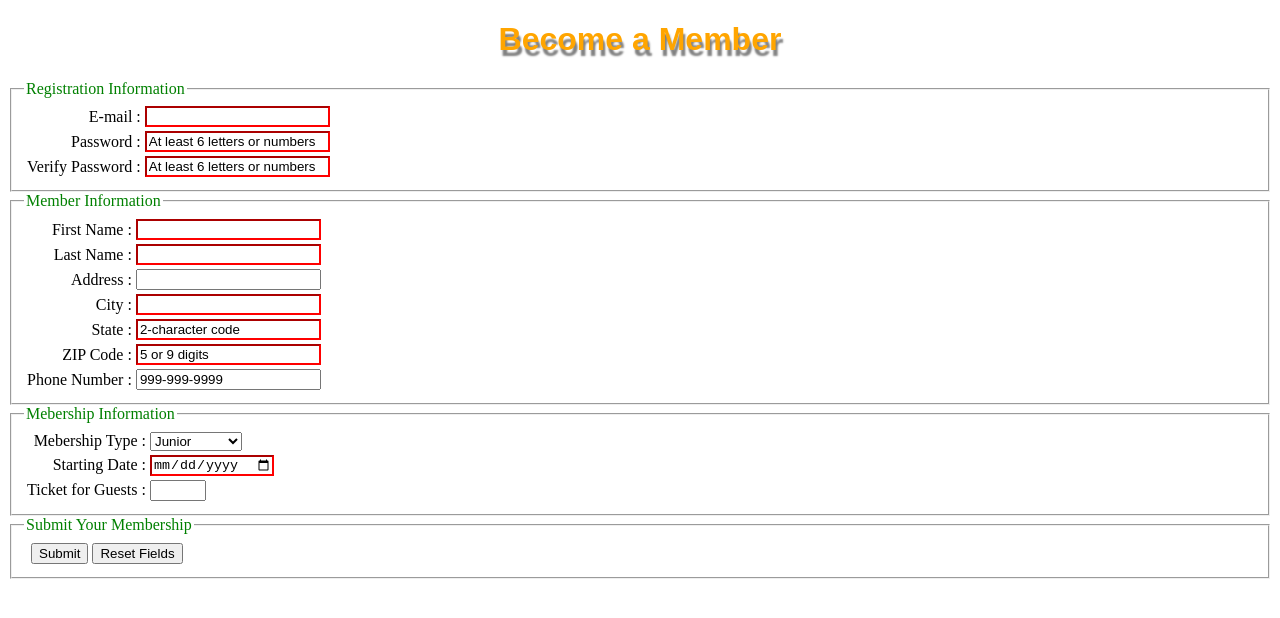
Repository: kjungyoun/Web_Study_2021
Page: homework_front/WebContent/0302/0302.html
The author's editor kept a copy of each file at every save. The page is drawn from the files as they stood at one save, then again after the next save.
The browser window is 1280 px wide. The pictures show the whole page.
Some web fonts or font styles are not loaded; a fallback is used.

Above is the page before, as saved 2021-03-02 12:28:10.

### homework_front/WebContent/0302/0302.html
<!DOCTYPE html>
<html>
<head>
<meta charset="UTF-8">
<title>Become a Member</title>
<style type="text/css">
	fieldset {
	color: green
}
	table {
	color : black
	}
	h1 {
	font-family: "Arial Black", sans-serif;
	color:orange;
	text-shadow: 2px 6px 2px gray;
	}
</style>
</head>
<body>
<header>
	<h1 align="center">
		Become a Member
	</h1>
</header>
<form action="index.html">
	<fieldset>
		<legend>Registration Information</legend>
		<table>
			<tbody>
				<tr>
					<td align="right">
						<label for="userid">E-mail : </label>
					</td>
					<td align="left">
						<input type="email" id="email" name="email" style="border-color: red">
					</td>
				</tr>
				<tr>
					<td align="right">
					<label for="password">Password : </label>
					</td>
					<td align="left">
						<input type="text" id="psw" name="psw" value="At least 6 letters or numbers" style="border-color:red">
					</td>
				</tr>
				<tr>
					<td align="right">
						<label for="vpassword">Verify Password : </label>
					</td>
					<td align="left">
						<input type="text" id="vpwd" name="vpwd" value="At least 6 letters or numbers" style="border-color:red">
					</td>
				</tr>
			</tbody>
		</table>
	</fieldset>
	<fieldset>
		<legend>Member Information</legend>
		<table >
			<tbody>
				<tr>
					<td align="right">
						<label for="fname">First Name : </label>
					</td>
					<td align="left">
						<input type="text" id="fname" name="fname" style="border-color:red">
					</td>
				</tr>
				<tr>
					<td align="right">
					<label for="lname">Last Name : </label>
					</td>
					<td align="left">
						<input type="text" id="lname" name="lname" style="border-color:red">
					</td>
				</tr>
				<tr>
					<td align="right">
						<label for="address">Address : </label>
					</td>
					<td align="left">
						<input type="text" id="addr" name="addr">
					</td>
				</tr>
				<tr>
					<td align="right">
						<label for="city">City : </label>
					</td>
					<td align="left">
						<input type="text" id="city" name="city" style="border-color:red">
					</td>
				</tr>
				<tr>
					<td align="right">
						<label for="state">State : </label>
					</td>
					<td align="left">
						<input type="text" id="state" name="state" value="2-character code" style="border-color:red">
					</td>
				</tr>
				<tr>
					<td align="right">
						<label for="zip">ZIP Code : </label>
					</td>
					<td align="left">
						<input type="text" id="addr" name="addr" value="5 or 9 digits" style="border-color:red">
					</td>
				</tr>
				<tr>
					<td align="right">
						<label for="phone">Phone Number : </label>
					</td>
					<td align="left">
						<input type="tel" id="phone" name="phone" value="999-999-9999">
					</td>
				</tr>
			</tbody>
		</table>
	</fieldset>
	<fieldset>
		<legend>Mebership Information</legend>
		<table>
			<tr>
				<td align="right">
					<label for="type">Mebership Type : </label>
				</td>
				<td align="left">
					<select name="type" >
						<optgroup label="membership" >
							<option>Junior</option>
							<option>Senior</option>
							<option>Semi Pro</option>
							<option>Pro</option>
							<option>VIP</option>
						</optgroup>
					</select>
				</td>
			</tr>
			<tr>
				<td align="right">
					<label for="date">Starting Date : </label>
				</td>
				<td align="left">
					<input type="date" name="date" style="border-color:red">
				</td>
			</tr>
			<tr>
				<td align="right">
					<label for="guest">Ticket for Guests : </label>
				</td>
				<td align="left">
					<input type="number" min="0" max="30" name="guest">
				</td>
			</tr>
		</table>
	</fieldset>
	<fieldset>
		<legend>Submit Your Membership</legend>
		<table>
			<tr>
				<td></td>
				<td>
					<button type="submit">Submit</button>
					<button type="reset">Reset Fields</button>
				</td>
			</tr>
		</table>
	</fieldset>
</form>
</body>
</html>

After the next save:
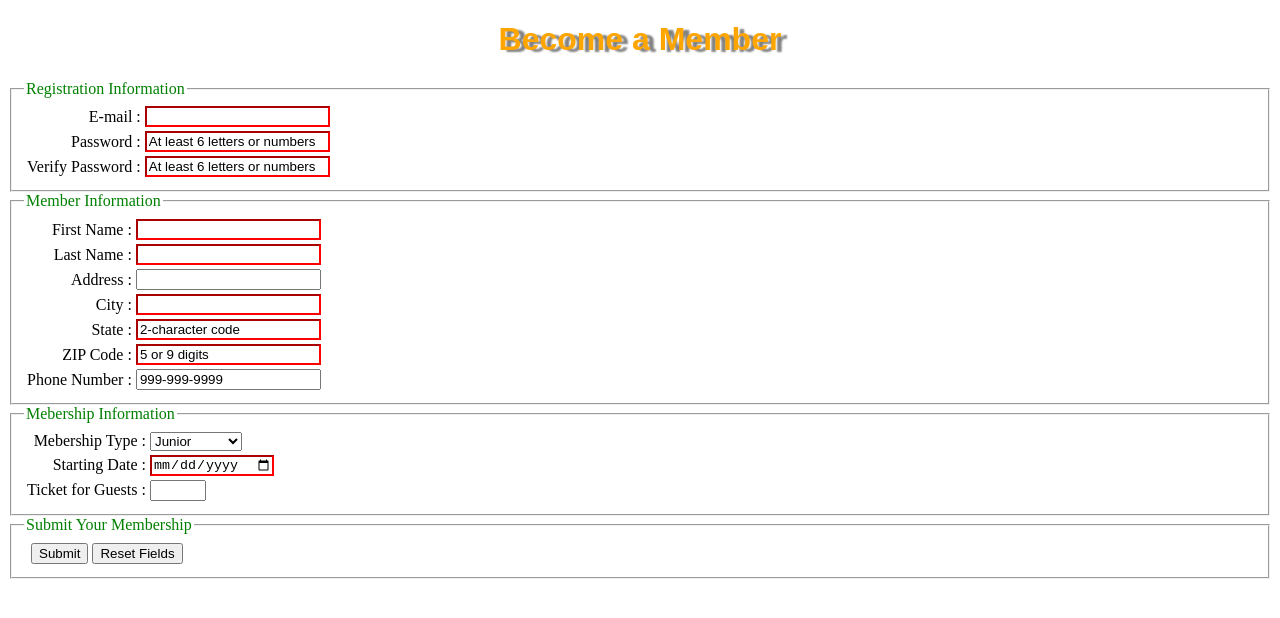
Saved 63 s later.
--- a/homework_front/WebContent/0302/0302.html
+++ b/homework_front/WebContent/0302/0302.html
@@ -13,7 +13,7 @@
 	h1 {
 	font-family: "Arial Black", sans-serif;
 	color:orange;
-	text-shadow: 2px 6px 2px gray;
+	text-shadow: 6px 2px 2px gray;
 	}
 </style>
 </head>
